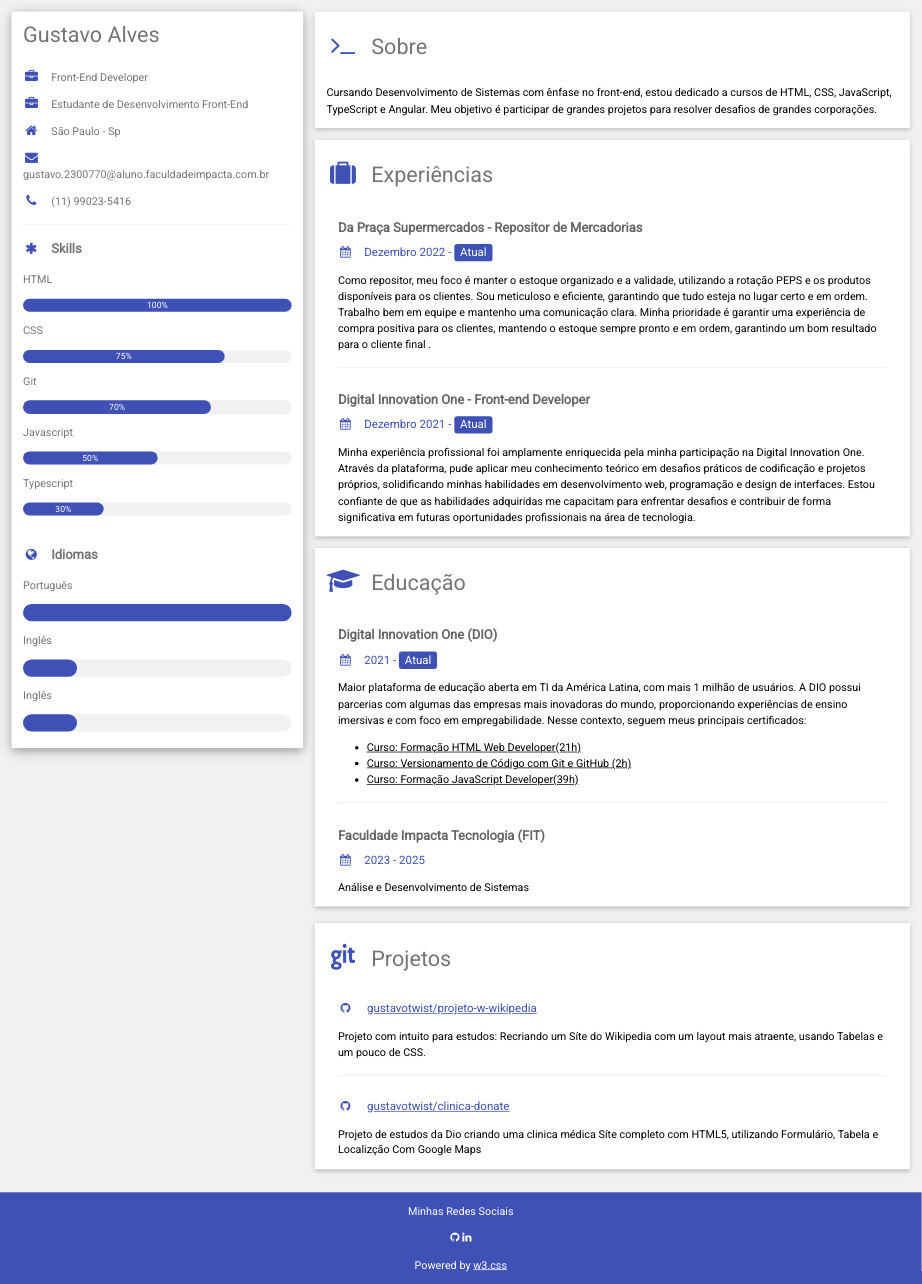
Repository: gustavotwist/cv
Page: index.html
An editor plug-in stored every save of this project. The page is shown before and after the next save, followed by the edit.
The browser window is 1280 px wide. The pictures show the whole page, at 72% of full size.

Above is the page before, as saved 2024-06-19 22:44:34.

### index.html
<!DOCTYPE html>
<!-- @falvojr: Reference article https://www.w3schools.com/howto/howto_website_create_resume.asp -->
<!-- @falvojr: Useful link to use fontawesome (fa) icons: https://fontawesome.com/v4/icons/ -->
<html lang="pt-BR">

  <head>
    <title>Gustavo Alves</title>

    <meta http-equiv="Content-Type" content="text/html; charset=UTF-8">
    <meta name="viewport" content="width=device-width, initial-scale=1">

    <link rel="stylesheet" href="https://www.w3schools.com/w3css/4/w3.css">
    <link rel='stylesheet' href='https://fonts.googleapis.com/css?family=Roboto'>
    <link rel="stylesheet" href="https://cdnjs.cloudflare.com/ajax/libs/font-awesome/4.7.0/css/font-awesome.min.css">

    <style>
      html,body,h1,h2,h3,h4,h5,h6 {font-family: "Roboto", sans-serif}
    </style>

  </head>

  <body class="w3-light-grey" cz-shortcut-listen="true">

    <!-- Page Container -->
    <div class="w3-content w3-margin-top" style="max-width:1400px;">

      <!-- The Grid -->
      <div class="w3-row-padding">

        <!-- Left Column -->
        <div class="w3-third">

          <div class="w3-white w3-text-grey w3-card-4">
            <!-- @falvojr: This container has been modified to not use a profile picture. -->
            <div class="w3-container">
              <h2>Gustavo Alves</h2>
            </div>
            <div class="w3-container">
              <p><i class="fa fa-briefcase fa-fw w3-margin-right w3-large w3-text-indigo"></i>Front-End Developer</p>
              <p><i class="fa fa-briefcase fa-fw w3-margin-right w3-large w3-text-indigo"></i>Estudante de Desenvolvimento Front-End</p>
              <p><i class="fa fa-home fa-fw w3-margin-right w3-large w3-text-indigo"></i>São Paulo - Sp</p>
              <p><i class="fa fa-envelope fa-fw w3-margin-right w3-large w3-text-indigo"></i>gustavo.2300770@aluno.faculdadeimpacta.com.br</p>
              <p><i class="fa fa-phone fa-fw w3-margin-right w3-large w3-text-indigo"></i>(11) 99023-5416</p>
              <hr>

              <p class="w3-large">
                <b><i class="fa fa-asterisk fa-fw w3-margin-right w3-text-indigo"></i>Skills</b>
              </p>
              <p>HTML</p>
              <div class="w3-light-grey w3-round-xlarge w3-small">
                <div class="w3-container w3-center w3-round-xlarge w3-indigo" style="width:100%">100%</div>
              </div>
              <p>CSS</p>
              <div class="w3-light-grey w3-round-xlarge w3-small">
                <div class="w3-container w3-center w3-round-xlarge w3-indigo" style="width:75%">75%</div>
              </div>
              <p>Git</p>
              <div class="w3-light-grey w3-round-xlarge w3-small">
                <div class="w3-container w3-center w3-round-xlarge w3-indigo" style="width:70%">70%</div>
              </div>
              <p>Javascript</p>
              <div class="w3-light-grey w3-round-xlarge w3-small">
                <div class="w3-container w3-center w3-round-xlarge w3-indigo" style="width:50%">50%</div>
              </div>
              <p>Typescript</p>
              <div class="w3-light-grey w3-round-xlarge w3-small">
                <div class="w3-container w3-center w3-round-xlarge w3-indigo" style="width:30%">30%</div>
              </div>
              <br>
              <p class="w3-large w3-text-theme">
                <b><i class="fa fa-globe fa-fw w3-margin-right w3-text-indigo"></i>Idiomas</b>
              </p>
              <p>Português</p>
              <div class="w3-light-grey w3-round-xlarge">
                <div class="w3-round-xlarge w3-indigo" style="height:24px;width:100%"></div>
              </div>
              <p>Inglês</p>
              <div class="w3-light-grey w3-round-xlarge">
                <div class="w3-round-xlarge w3-indigo" style="height:24px;width:20%"></div>
              </div>
              <p>Inglês</p>
              <div class="w3-light-grey w3-round-xlarge">
                <div class="w3-round-xlarge w3-indigo" style="height:24px;width:20%"></div>
              </div>
              <br>
            </div>
          </div><br>

          <!-- End Left Column -->
        </div>

        <!-- Right Column -->
        <div class="w3-twothird">

          <div class="w3-container w3-card w3-white w3-margin-bottom">
            <h2 class="w3-text-grey w3-padding-16"><i class="fa fa-terminal fa-fw w3-margin-right w3-xxlarge w3-text-indigo"></i>Sobre</h2>
            <p>Cursando Desenvolvimento de Sistemas com ênfase no front-end, estou dedicado a cursos de HTML, CSS, JavaScript, TypeScript e Angular. Meu objetivo é participar de grandes projetos para resolver desafios de grandes corporações.</p>
          </div>

          <div class="w3-container w3-card w3-white w3-margin-bottom">
            <h2 class="w3-text-grey w3-padding-16">
              <i class="fa fa-suitcase fa-fw w3-margin-right w3-xxlarge w3-text-indigo"></i>Experiências
            </h2>
            <div class="w3-container">
              <h5 class="w3-opacity"><b>Da Praça Supermercados - Repositor de Mercadorias</b></h5>
              <h6 class="w3-text-indigo"><i class="fa fa-calendar fa-fw w3-margin-right"></i>Dezembro 2022 - <span class="w3-tag w3-indigo w3-round">Atual</span></h6>
              <p>Como repositor, meu foco é manter o estoque organizado e a validade, utilizando a rotação PEPS e os produtos disponíveis para os clientes. Sou meticuloso e eficiente, garantindo que tudo esteja no lugar certo e em ordem. Trabalho bem em equipe e mantenho uma comunicação clara. Minha prioridade é garantir uma experiência de compra positiva para os clientes, mantendo o estoque sempre pronto e em ordem, garantindo um bom resultado para o cliente final .</p>
              <hr>
            </div>
            <div class="w3-container">
              <h5 class="w3-opacity"><b>Digital Innovation One - Front-end Developer</b></h5>
                <h6 class="w3-text-indigo"><i class="fa fa-calendar fa-fw w3-margin-right"></i>Dezembro 2021 - <span class="w3-tag w3-indigo w3-round">Atual</span></h6>
                <p>
                    Minha experiência profissional foi amplamente enriquecida pela minha participação na Digital Innovation One. Através da plataforma, pude aplicar meu conhecimento teórico em desafios práticos de codificação e projetos próprios, solidificando minhas habilidades em desenvolvimento web, programação e design de interfaces. Estou confiante de que as habilidades adquiridas me capacitam para enfrentar desafios e contribuir de forma significativa em futuras oportunidades profissionais na área de tecnologia.
                </p>

            </div>
          </div>

          <div class="w3-container w3-card w3-white">
            <h2 class="w3-text-grey w3-padding-16">
              <i class="fa fa-graduation-cap fa-fw w3-margin-right w3-xxlarge w3-text-indigo"></i>Educação
            </h2>
            <div class="w3-container">
              <h5 class="w3-opacity"><b>Digital Innovation One (DIO)</b></h5>
              <h6 class="w3-text-indigo"><i class="fa fa-calendar fa-fw w3-margin-right"></i>2021 - <span class="w3-tag w3-indigo w3-round">Atual</span></h6>
              <p>
                Maior plataforma de educação aberta em TI da América Latina, com mais 1 milhão de usuários.
                A DIO possui parcerias com algumas das empresas mais inovadoras do mundo, proporcionando experiências
                de ensino imersivas e com foco em empregabilidade. Nesse contexto, seguem meus principais certificados:
              </p>
              <ul>
                <li><a href="https://www.dio.me/certificate/VDSNYTO5" target="_blank">Curso: Formação HTML Web Developer(21h)</a></li>
                <li><a href="https://www.dio.me/certificate/EA66CA6A" target="_blank">Curso: Versionamento de Código com Git e GitHub (2h)</a></li>
                <li><a href="https://www.dio.me/certificate/OST0WIWG" target="_blank">Curso: Formação JavaScript Developer(39h)</a></li>
              </ul>
              <hr>
            </div>
            <div class="w3-container">
              <h5 class="w3-opacity"><b>Faculdade Impacta Tecnologia (FIT)</b></h5>
              <h6 class="w3-text-indigo"><i class="fa fa-calendar fa-fw w3-margin-right"></i>2023 - 2025</h6>
              <p>Análise e Desenvolvimento de Sistemas</p>
            </div>
          </div><br>
          <div class="w3-container w3-card w3-white w3-margin-bottom">
            <h2 class="w3-text-grey w3-padding-16">
              <i class="fa fa-git fa-fw w3-margin-right w3-xxlarge w3-text-indigo"></i>Projetos
            </h2>
            <div class="w3-container">
              <h6 class="w3-text-indigo">
                <i class="fa fa-github fa-fw w3-margin-right"></i>
                <a href="https://github.com/gustavotwist/projeto-w-wikipedia" target="_blank">gustavotwist/projeto-w-wikipedia</a>
              </h6>
              <p>Projeto com intuito para estudos: Recriando um Síte do Wikipedia com um layout mais atraente, usando Tabelas e um pouco de CSS.</p>
              <hr>
            </div>
            <div class="w3-container">
              <h6 class="w3-text-indigo">
                <i class="fa fa-github fa-fw w3-margin-right"></i>
                <a href="https://github.com/gustavotwist/clinica-donate" target="_blank">gustavotwist/clinica-donate</a>
              </h6>
              <p>Projeto de estudos da Dio criando uma clinica médica Síte completo com HTML5, utilizando Formulário, Tabela e Localizção Com Google Maps</p>
            </div>
          </div>

          <!-- End Right Column -->
        </div>

        <!-- End Grid -->
      </div>

      <!-- End Page Container -->
    </div>

    <footer class="w3-container w3-indigo w3-center w3-margin-top">
      <p>Minhas Redes Sociais</p>
      <a href="https://github.com/gustavotwist" target="_blank"><i class="fa fa-github w3-hover-opacity"></i></a>
      <a href="https://www.linkedin.com/in/gustavoalves7/" target="_blank"><i class="fa fa-linkedin w3-hover-opacity"></i></a>
      <p>Powered by <a href="https://www.w3schools.com/w3css/default.asp" target="_blank">w3.css</a></p>
    </footer>

  </body>

</html>

After the next save:
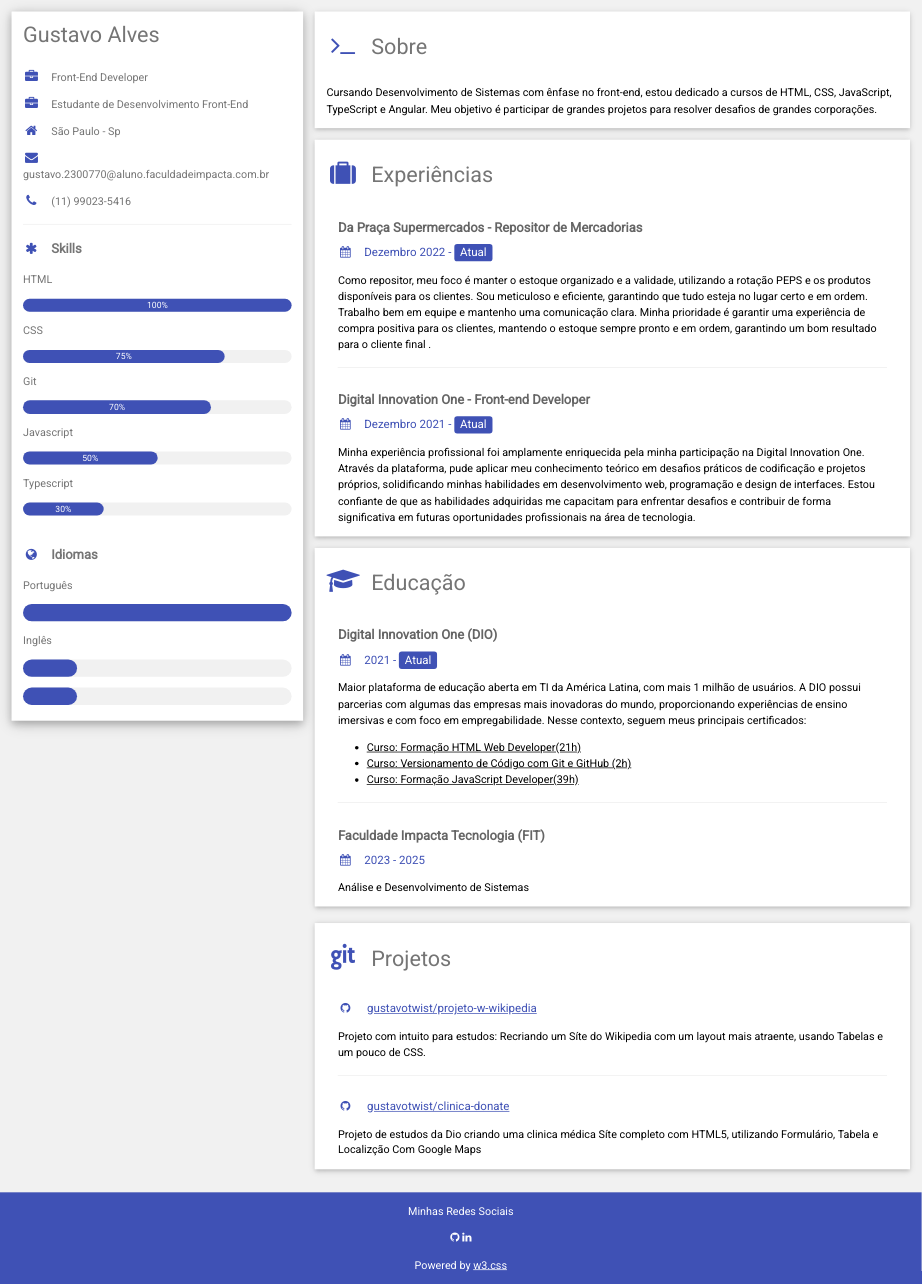
Saved 8 s later.
--- a/index.html
+++ b/index.html
@@ -78,7 +78,7 @@
               <div class="w3-light-grey w3-round-xlarge">
                 <div class="w3-round-xlarge w3-indigo" style="height:24px;width:20%"></div>
               </div>
-              <p>Inglês</p>
+              <p></p>
               <div class="w3-light-grey w3-round-xlarge">
                 <div class="w3-round-xlarge w3-indigo" style="height:24px;width:20%"></div>
               </div>

After the save that followed:
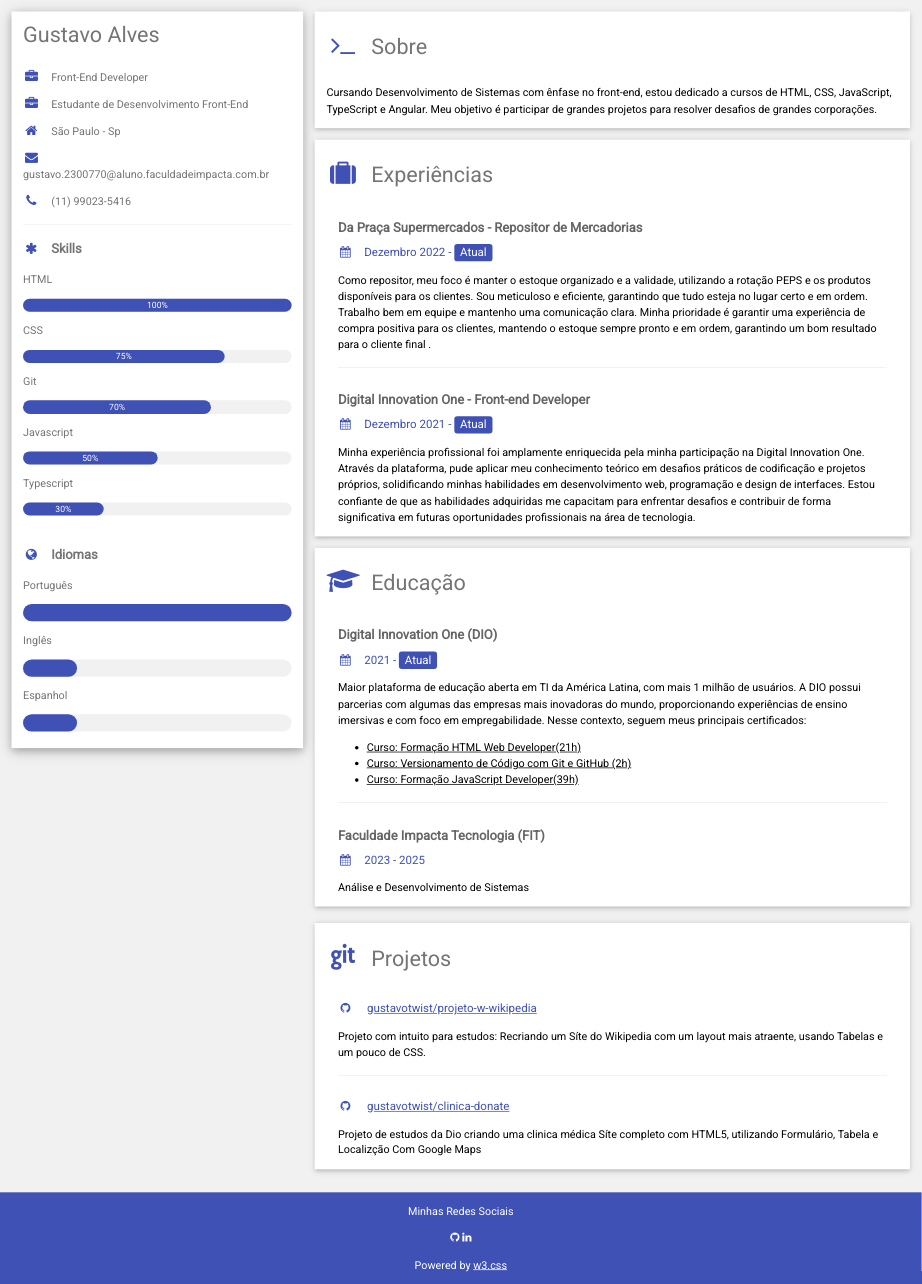
Saved 4 s later.
--- a/index.html
+++ b/index.html
@@ -78,7 +78,7 @@
               <div class="w3-light-grey w3-round-xlarge">
                 <div class="w3-round-xlarge w3-indigo" style="height:24px;width:20%"></div>
               </div>
-              <p></p>
+              <p>Espanhol</p>
               <div class="w3-light-grey w3-round-xlarge">
                 <div class="w3-round-xlarge w3-indigo" style="height:24px;width:20%"></div>
               </div>
